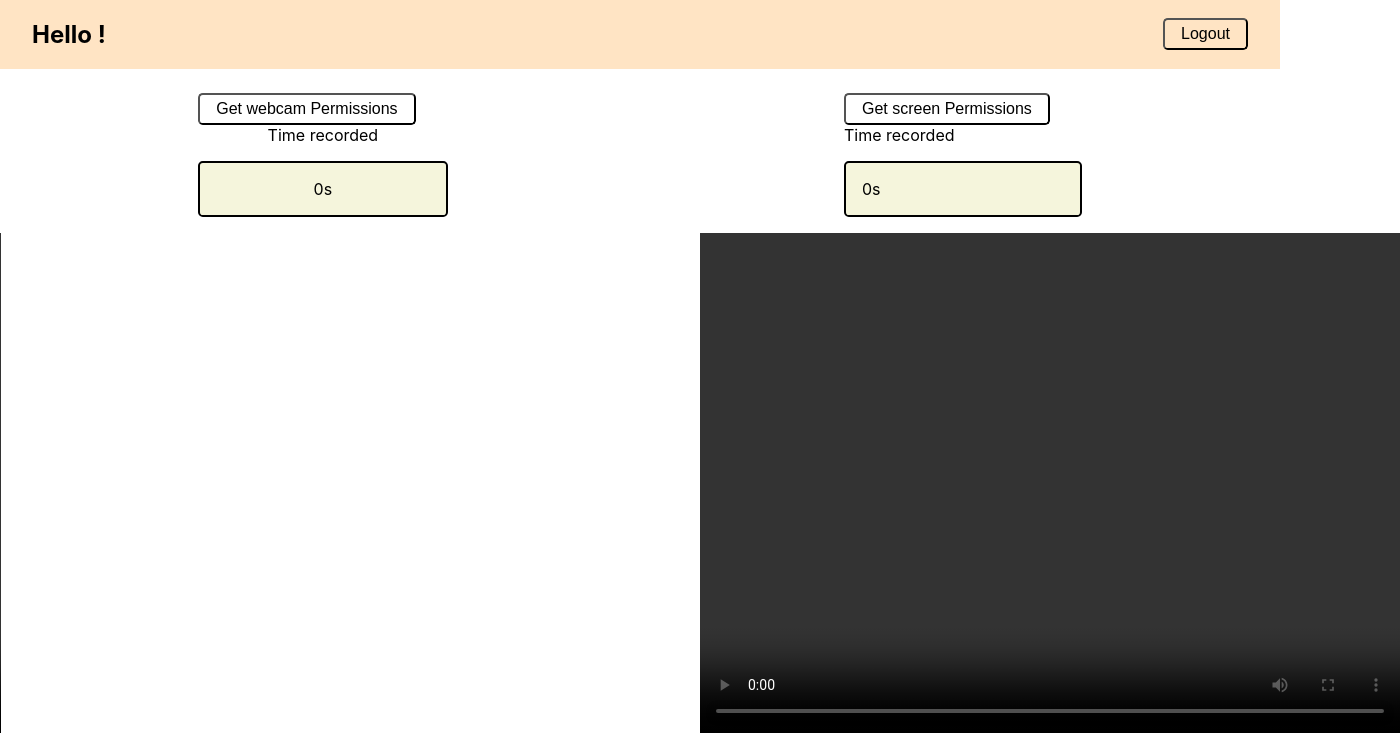
Repository: drumsmanku/test-1
Page: /recording (app in client/)
An editor plug-in stored every save of this project. The page is shown before and after the next save, followed by the edit.
The browser window is 1280 px wide. The page is 1400 px wide, so the pictures cover 1400 px, including what lies to the right of the window. The pictures show the whole page.
The project was rebuilt for these pictures with package versions that can differ from the ones it lists, and the page was loaded fresh each time. Also part of the build but not shown: client/src/App.css, client/src/Components/Login/Login.module.css, client/src/Components/Login/Login.js, client/src/Components/Register/Register.module.css, client/src/Components/Register/Register.js.

Above is the page before, as saved 2023-09-01 15:14:56.

After the next save:
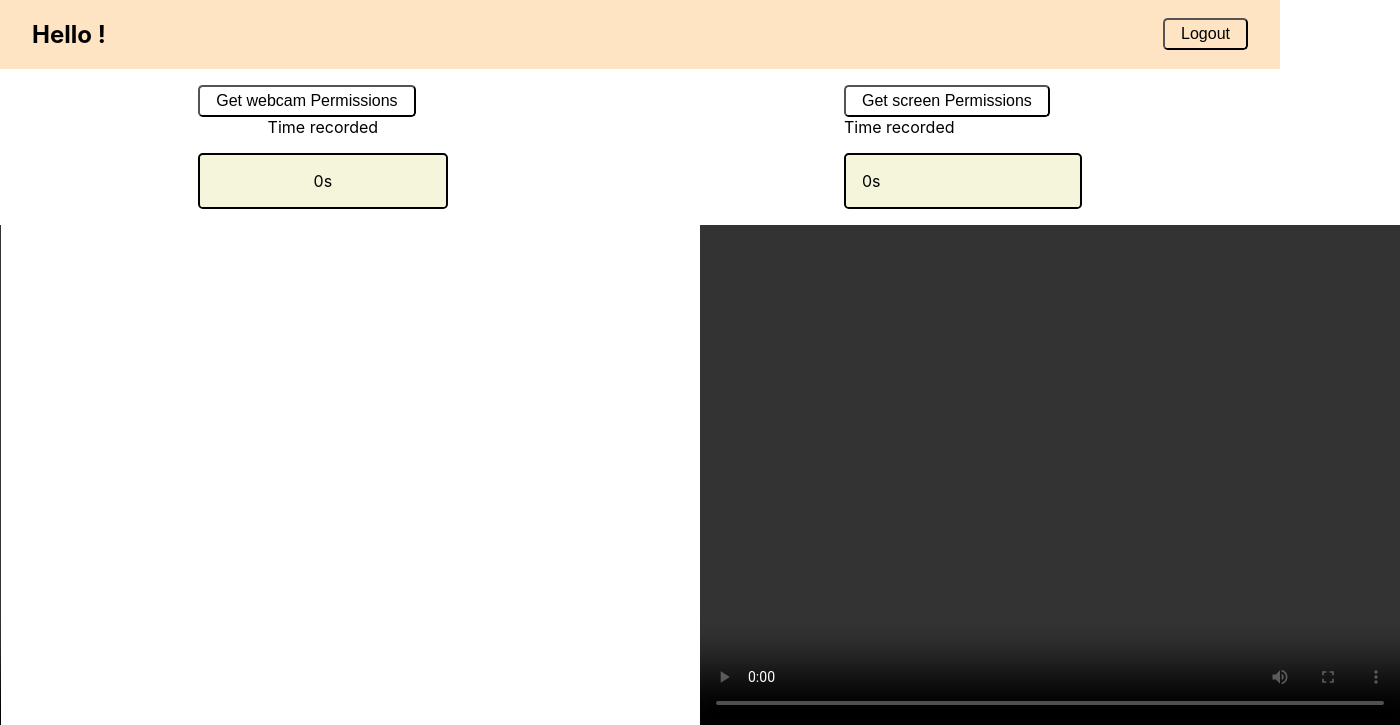
Saved 8 s later.
--- a/client/src/Components/Recording/Recording.module.css
+++ b/client/src/Components/Recording/Recording.module.css
@@ -12,7 +12,7 @@
   display: flex;
   justify-content: space-between;
   align-items: center;
-  margin-bottom: 1.5rem;
+  margin-bottom: 1rem;
 }
 .bottomBody{
   display: flex;
